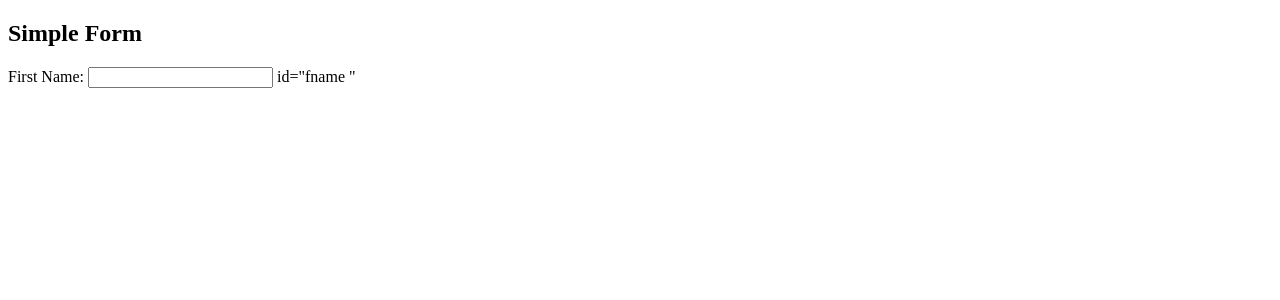
Repository: TheTroyPhillips/Block14
Page: Coursework/Block10/index.html
An editor plug-in stored every save of this project. The page is shown before and after the next save, followed by the edit.
The browser window is 1280 px wide. The pictures show the whole page.

Above is the page before, as saved 2023-09-07 19:15:42.

After the next save:
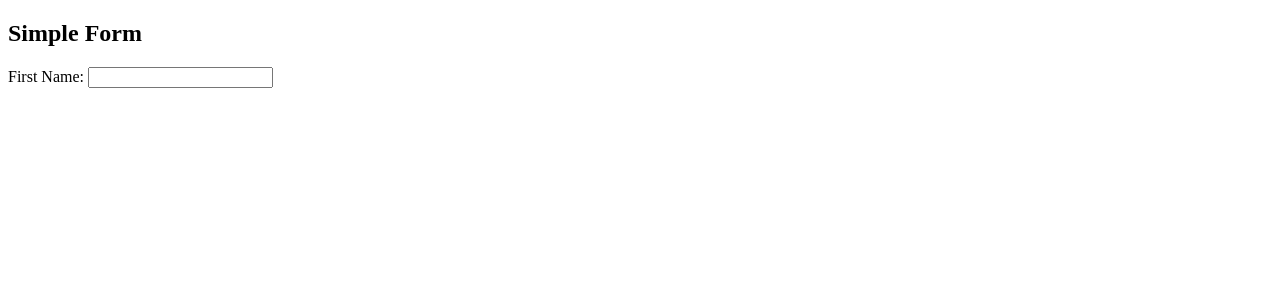
Saved 6 s later.
--- a/Coursework/Block10/index.html
+++ b/Coursework/Block10/index.html
@@ -10,7 +10,7 @@
         <h2>Simple Form</h2>
         <form>
             <label for="fmane">First Name: </label>
-            <input type="text"> id="fname
+            <input type="text" id="fname
             "
 
         </form>
